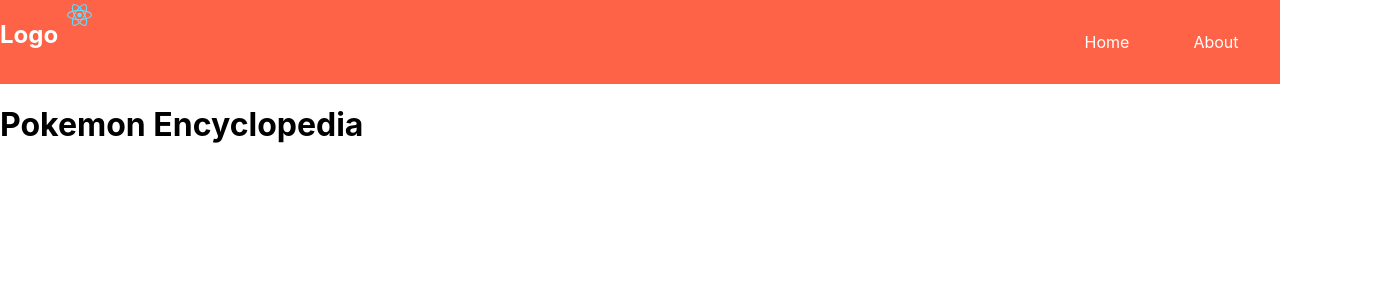
Repository: Gibberlin/pokedex
Page: /
These files come from the project's save history. The page is drawn as it stood at one moment and after the next save; the edit follows.
The browser window is 1280 px wide. The page is 1379 px wide, then 1283 px, so the pictures cover 1379 px, including what lies to the right of the window. The pictures show the whole page.
The project was rebuilt for these pictures with package versions that can differ from the ones it lists, and the page was loaded fresh each time.

Above is the page before, as saved 2021-09-28 22:32:39.

### src/App.js
import logo from './logo.svg';
import Nav from "./components/Nav"
import './App.css';

function App() {
  return (
    <div>
    <Nav />
    <h1>Pokemon Encyclopedia</h1>

    </div>
  );
}

export default App;

### src/components/Nav.js
import React from 'react'
import logo from "../logo.svg";
import "../App.css";
const Nav = () => {
    return (
        <nav>
        <h1>Logo</h1>
            <img src={logo} alt="Poke" height="30px"/>

            <ul>
                <li>Home</li>
                <li>About</li>
                <li>Support</li>
            </ul>
        </nav>
    )
}

export default Nav

### src/App.css
ul {
  margin-left: 70%;
  list-style-type: none;
  display: flex;
}
li {
  margin: 1rem 1rem 1rem 3rem;
  cursor: pointer;
  border-radius: 5px;
}
nav {
  display: flex;
  background: tomato;
  color: #fff;
}
li:hover {
  color: #18f;
  background-color: #fff;
}

Loaded but not shown: public/index.html (common file); src/index.js (common file); src/index.css (common file)

After the next save:
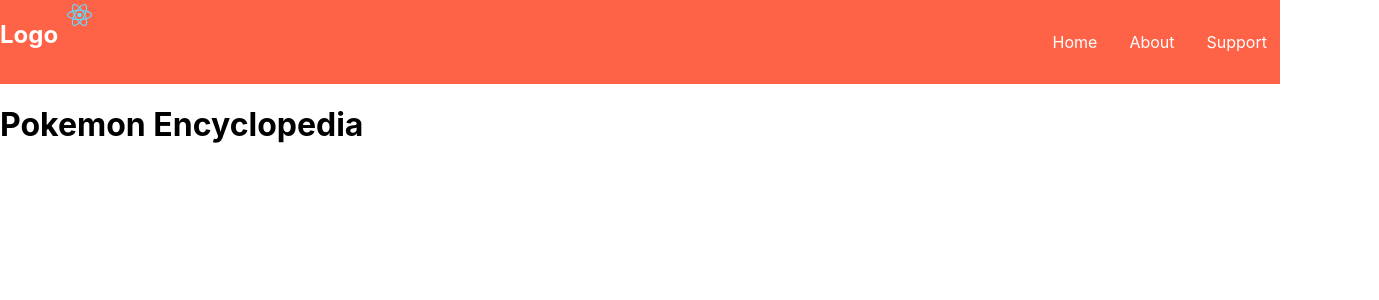
Saved 20 s later.
--- a/src/App.css
+++ b/src/App.css
@@ -4,7 +4,7 @@
   display: flex;
 }
 li {
-  margin: 1rem 1rem 1rem 3rem;
+  margin: 1rem;
   cursor: pointer;
   border-radius: 5px;
 }
